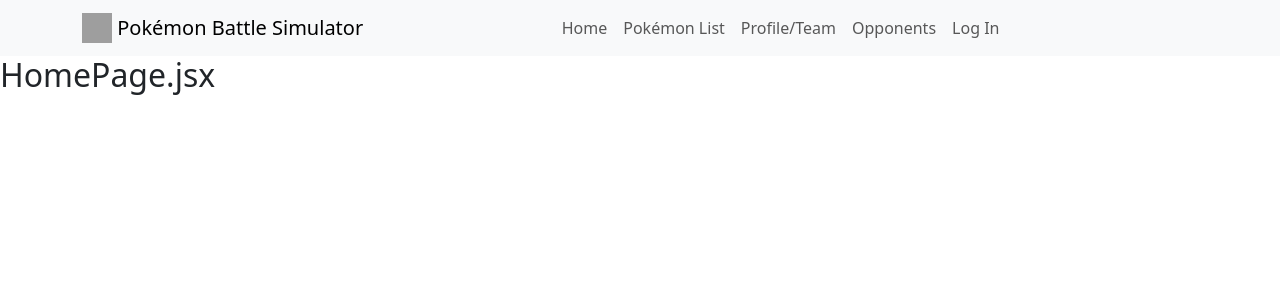
Repository: chsbca/Pokemon-Battle-Simulator
Page: / (app in front-end/)
The author's editor kept a copy of each file at every save. The page is drawn from the files as they stood at one save, then again after the next save.
The browser window is 1280 px wide. The pictures show the whole page.
Pictures or frames that could not be fetched are drawn as grey boxes. The project was rebuilt for these pictures with package versions that can differ from the ones it lists, and the page was loaded fresh each time. Also part of the build but not shown: front-end/vite.config.js, front-end/src/components/ProtectedRoute.jsx, front-end/src/pages/Error404Page.jsx, front-end/src/fetching/PokemonFetch.jsx, front-end/src/components/formatUtils.js, front-end/src/pages/PokemonListPage.jsx, front-end/src/pages/ProfilePage.jsx, front-end/src/pages/OpponentsPage.jsx and 3 more.

Above is the page before, as saved 2024-04-17 13:05:17.

After the next save:
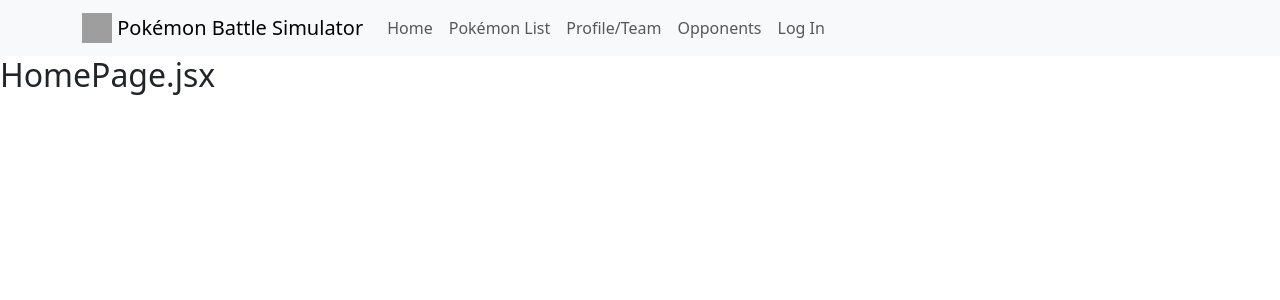
Saved 41 s later.
--- a/front-end/src/components/Navbar.jsx
+++ b/front-end/src/components/Navbar.jsx
@@ -30,9 +30,9 @@
 
   return (
     <>
-      <Navbar expand="lg" className='bg-body-tertiary' >
+      <Navbar expand="lg" className='bg-body-tertiary'>
         <Container>
-          <Navbar.Brand as={Link} to="/" style={{ marginRight: 'auto', marginLeft: 'auto' }}>
+          <Navbar.Brand as={Link} to="/">
             <img
               alt=""
               src="/pokeball_icon.svg.png"
@@ -43,8 +43,8 @@
             Pokémon Battle Simulator
           </Navbar.Brand>
           <Navbar.Toggle aria-controls='basic-navbar-nav'/>
-          <Navbar.Collapse id='basic-navbar-nav' style={{ justifyContent: 'center' }}>
-            <Nav className="me-auto" style={{ flex: 1, justifyContent: 'center' }}>
+          <Navbar.Collapse id='basic-navbar-nav'>
+            <Nav className="me-auto">
               <Nav.Link as={Link} to="/">Home</Nav.Link>
               <Nav.Link as={Link} to="pokemon_list/">Pokémon List</Nav.Link>
               <Nav.Link as={Link} to="profile/">Profile/Team</Nav.Link>
@@ -52,7 +52,7 @@
               {!user ? (
                 <Nav.Link as={Link} to="/login/">Log In</Nav.Link>
               ) : (
-                <Button onClick={handleLogout} variant="outline-danger" style={{ marginLeft: 'auto' }}>Log Out</Button>
+                <Button onClick={handleLogout} variant="outline-danger">Log Out</Button>
               )}
             </Nav>
           </Navbar.Collapse>
